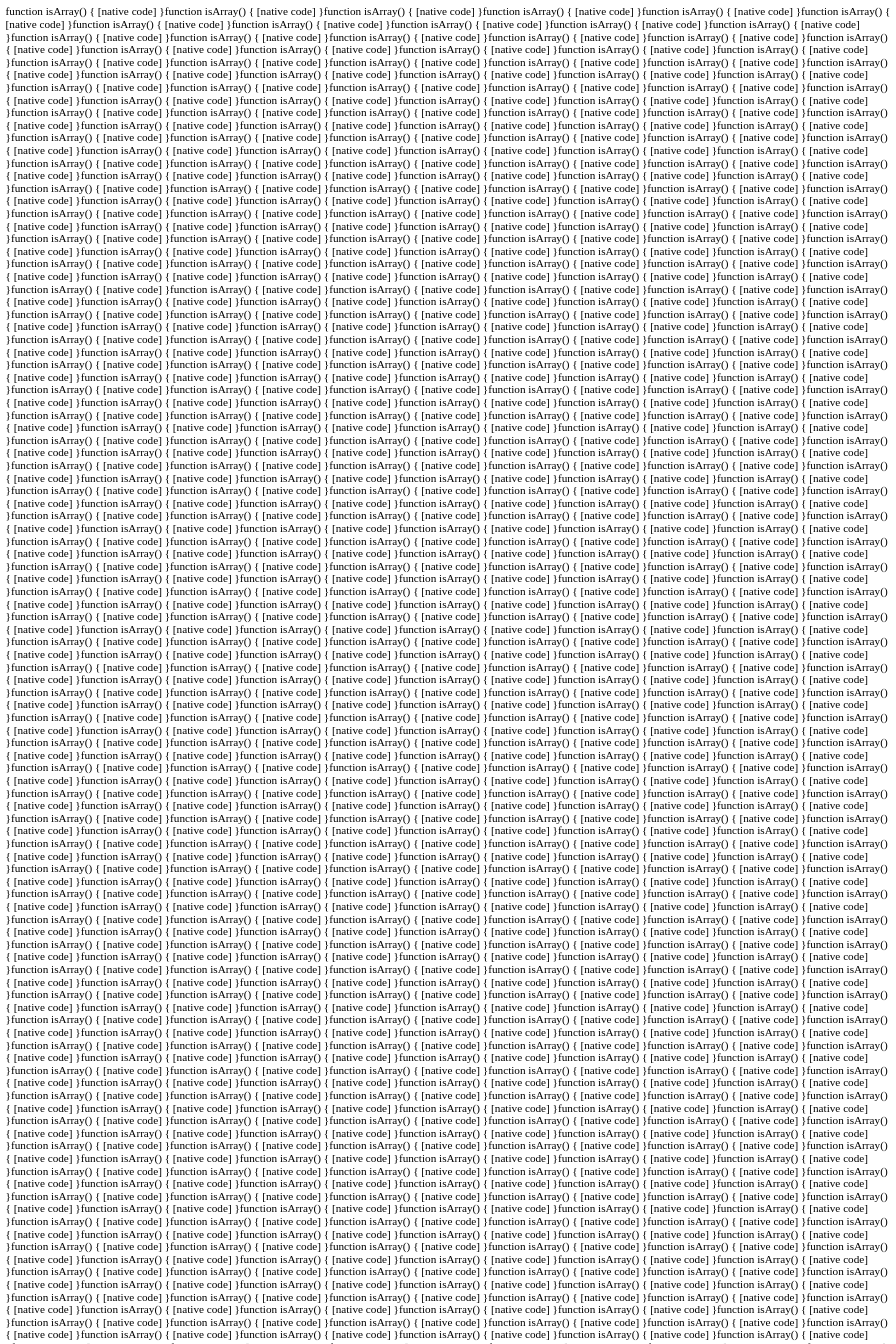
Repository: GeryZlatev/myTable
Page: index.html
An editor plug-in stored every save of this project. The page is shown before and after the next save, followed by the edit.
The browser window is 1280 px wide. The pictures show the part of the page from y = 0 to 1920 px (the page is 3292 px tall before and 49112 px after), at 70% of full size.

Above is the page before, as saved 2021-01-05 14:21:19.

After the next save:
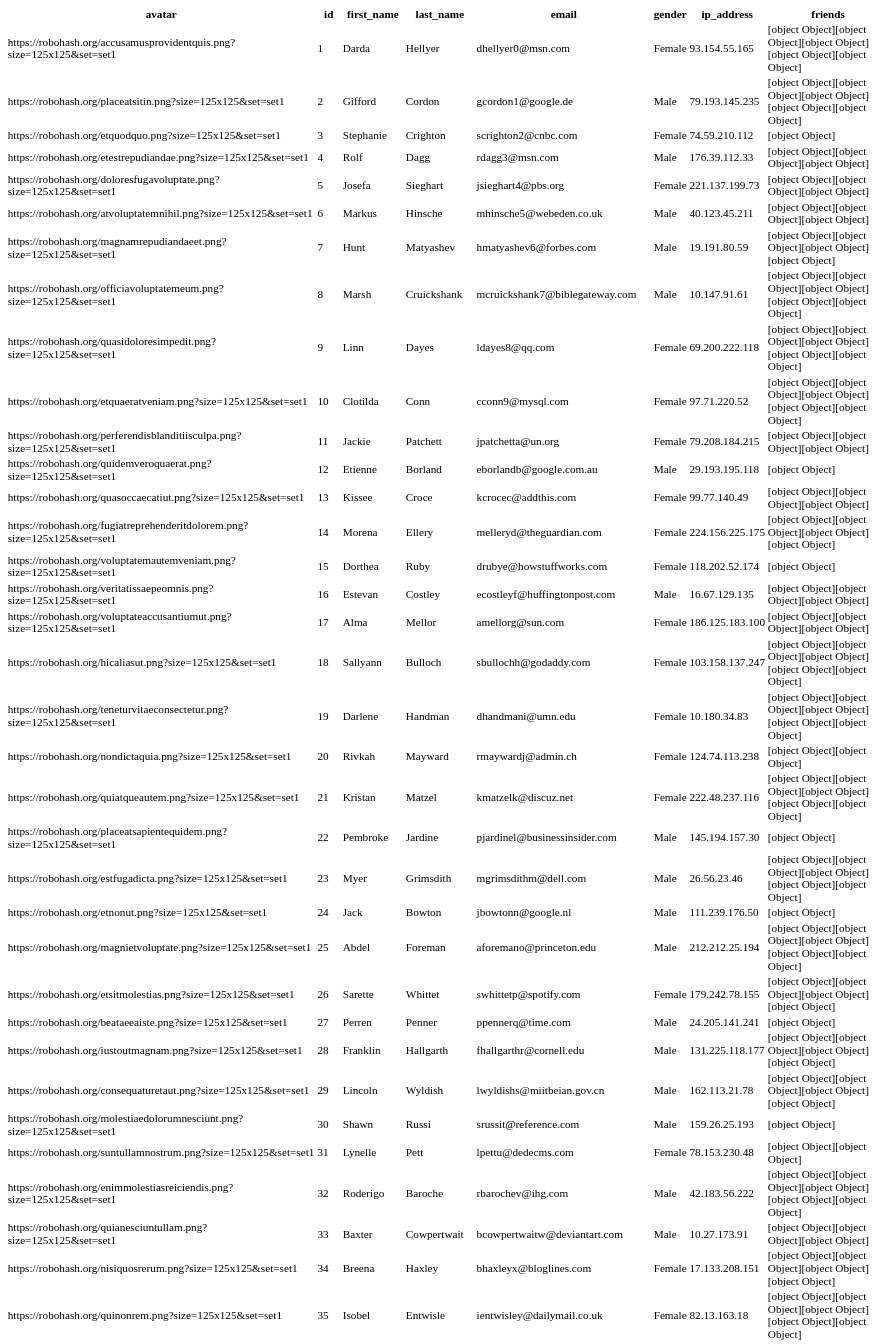
Saved 30 s later.
--- a/app.js
+++ b/app.js
@@ -5,7 +5,7 @@ import { MOCK } from './MOCK_DATA.js';
     let result = "";
 
     function createTag(tag, content) {
-        return `<${tag}>${Array.isArray}</${tag}>`;
+        return `<${tag}>${Array.isArray(content) ? content.join('') : content}</${tag}>`;
     }
 
     result += '<table>';
